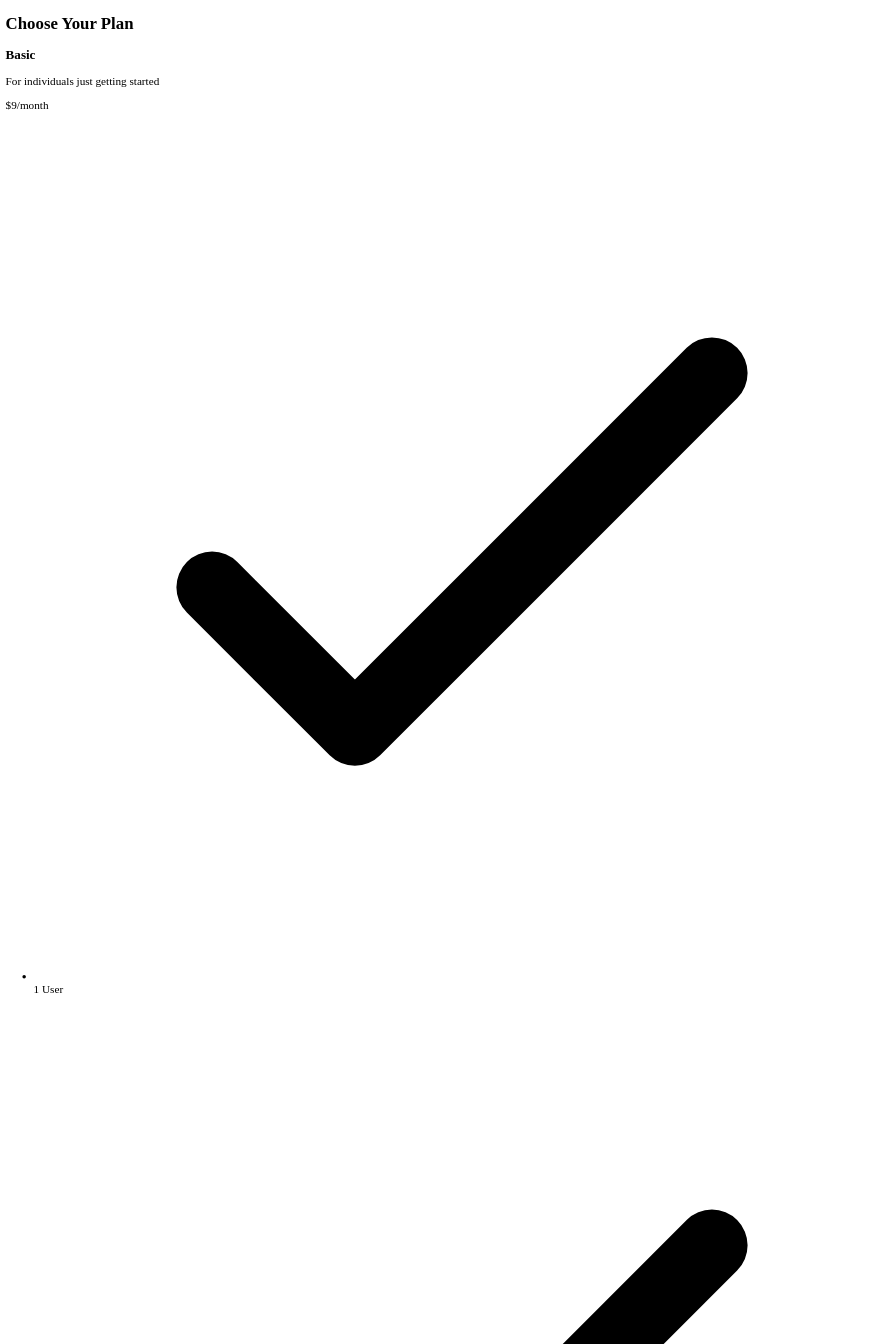
Repository: fahchouchsm/clubSportifWeb
Page: src/pages/showPricing.html
These files come from the project's save history. The page is drawn as it stood at one moment and after the next save; the edit follows.
The browser window is 1280 px wide. The pictures show the part of the page from y = 0 to 1920 px (the page is 14255 px tall before and 13539 px after), at 70% of full size.

Above is the page before, as saved 2025-04-19 18:35:05.

After the next save:
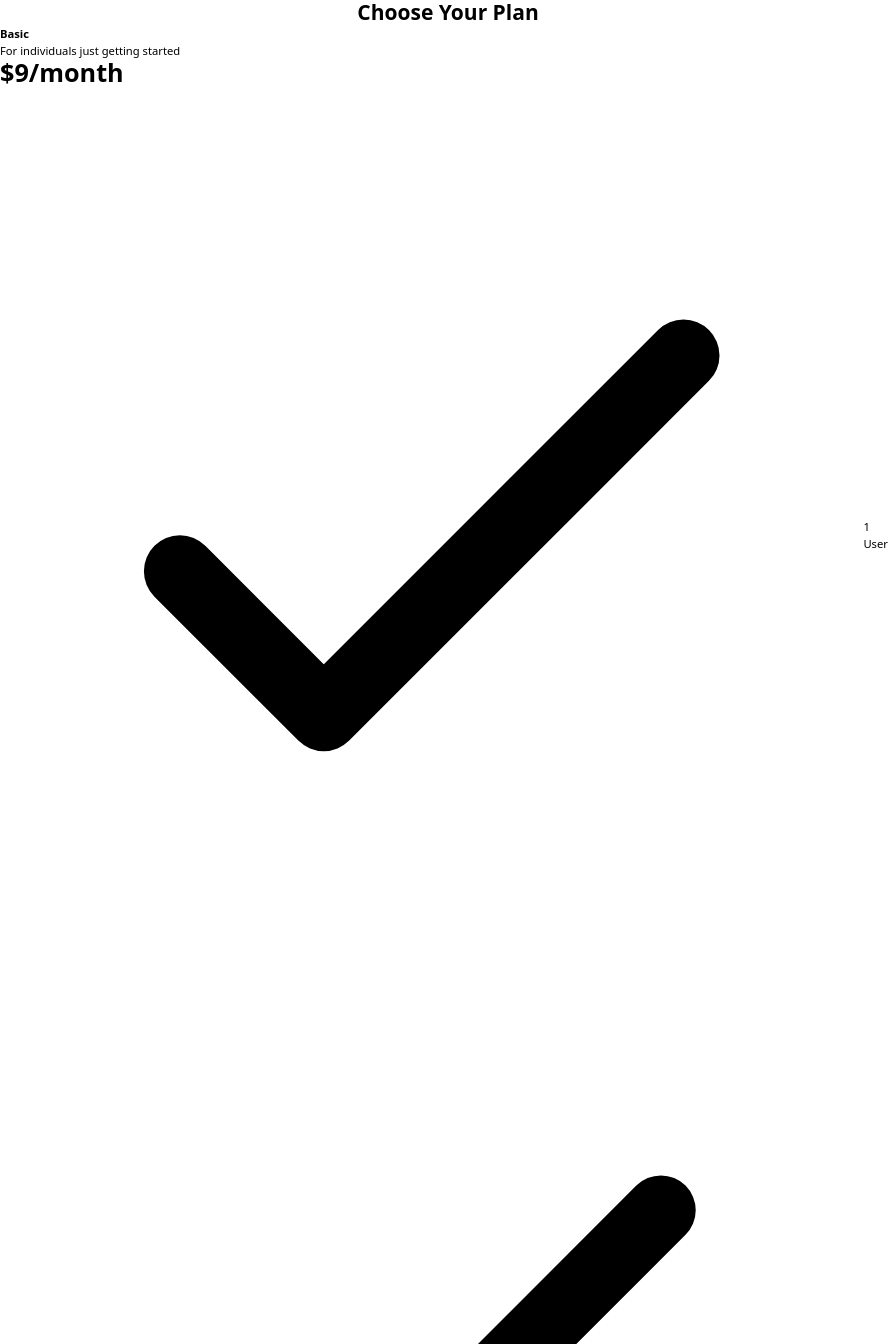
Saved 72 s later.
--- a/src/pages/showPricing.html
+++ b/src/pages/showPricing.html
@@ -3,6 +3,7 @@
   <head>
     <meta charset="UTF-8" />
     <meta name="viewport" content="width=device-width, initial-scale=1.0" />
+    <link rel="stylesheet" href="../css/output.css" />
     <title>Prix & Abonnements</title>
   </head>
   <body>
